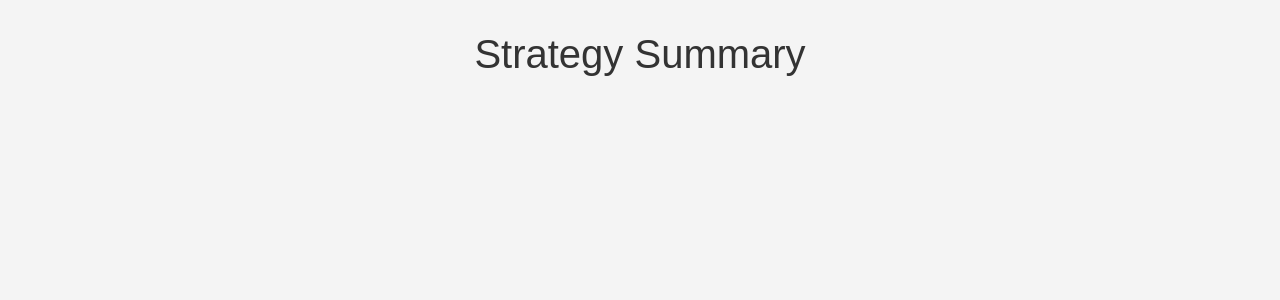
Repository: shiv-aye/stockEye
Page: src/index.html
An editor plug-in stored every save of this project. The page is shown before and after the next save, followed by the edit.
The browser window is 1280 px wide. The pictures show the whole page.
The page's requests for data from a server got no answer.

Above is the page before, as saved 2024-02-14 04:03:32.

After the next save:
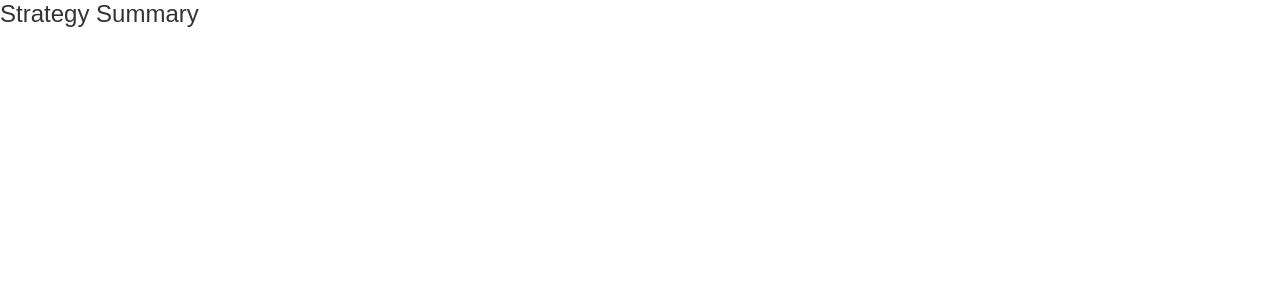
Saved 7 h 26 min later.
--- a/src/styles.css
+++ b/src/styles.css
@@ -1,73 +1,58 @@
 /* styles.css */
-
-/* Body styling */
-body {
-    font-family: Arial, sans-serif;
-    background-color: #f4f4f4;
-    margin: 0;
-    padding: 0;
-}
-
-/* Heading styling */
-h1 {
-    text-align: center;
-    color: #333;
-    margin-top: 30px;
-}
 
 /* Table styling */
 table {
     width: 100%;
     border-collapse: collapse;
-    margin-top: 20px;
-}
+    margin-bottom: 20px;
+  }
 
-th, td {
-    padding: 12px;
+  th, td {
+    padding: 10px;
     text-align: left;
-    border-bottom: 1px solid #ddd;
-}
+  }
 
-th {
+  th {
     background-color: #f2f2f2;
+  }
+
+  tr:nth-child(even) {
+    background-color: #f2f2f2;
+  }
+
+  /* Heading styling */
+  h1 {
+    font-size: 24px;
+    margin-bottom: 20px;
+  }
+
+  /* General styling */
+  body {
+    font-family: Arial, sans-serif;
+    background-color: #fff;
     color: #333;
-}
+  }
 
-tr:hover {
-    background-color: #f5f5f5;
-}
+  /* Pagination styling */
+  .pagination {
+    display: flex;
+    justify-content: center;
+    list-style: none;
+    padding: 0;
+  }
 
-/* Button styling */
-button {
-    background-color: #007bff;
-    color: #fff;
-    border: none;
-    padding: 10px 20px;
-    border-radius: 5px;
-    cursor: pointer;
+  .pagination li {
+    margin: 0 3px;
+  }
+
+  .pagination li a {
+    padding: 6px 10px;
+    border: 1px solid #ccc;
+    text-decoration: none;
+    color: #333;
     transition: background-color 0.3s ease;
-}
+  }
 
-button:hover {
-    background-color: #0056b3;
-}
-
-/* Pagination styling */
-.dataTables_paginate {
-    margin-top: 20px;
-    text-align: center;
-}
-
-.dataTables_paginate .paginate_button {
-    padding: 8px 16px;
-    border-radius: 5px;
-    margin: 0 5px;
-    background-color: #007bff;
-    color: #fff;
-    border: none;
-    cursor: pointer;
-}
-
-.dataTables_paginate .paginate_button:hover {
-    background-color: #0056b3;
-}
+  .pagination li a:hover {
+    background-color: #f2f2f2;
+  }

After the save that followed:
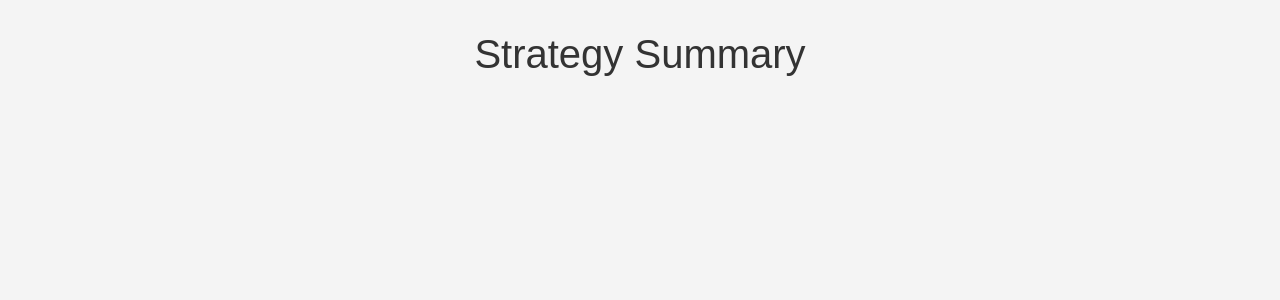
Saved 36 s later.
--- a/src/styles.css
+++ b/src/styles.css
@@ -1,58 +1,73 @@
 /* styles.css */
+
+/* Body styling */
+body {
+    font-family: Arial, sans-serif;
+    background-color: #f4f4f4;
+    margin: 0;
+    padding: 0;
+}
+
+/* Heading styling */
+h1 {
+    text-align: center;
+    color: #333;
+    margin-top: 30px;
+}
 
 /* Table styling */
 table {
     width: 100%;
     border-collapse: collapse;
-    margin-bottom: 20px;
-  }
+    margin-top: 20px;
+}
 
-  th, td {
-    padding: 10px;
+th, td {
+    padding: 12px;
     text-align: left;
-  }
+    border-bottom: 1px solid #ddd;
+}
 
-  th {
+th {
     background-color: #f2f2f2;
-  }
+    color: #333;
+}
 
-  tr:nth-child(even) {
-    background-color: #f2f2f2;
-  }
+tr:hover {
+    background-color: #f5f5f5;
+}
 
-  /* Heading styling */
-  h1 {
-    font-size: 24px;
-    margin-bottom: 20px;
-  }
+/* Button styling */
+button {
+    background-color: #007bff;
+    color: #fff;
+    border: none;
+    padding: 10px 20px;
+    border-radius: 5px;
+    cursor: pointer;
+    transition: background-color 0.3s ease;
+}
 
-  /* General styling */
-  body {
-    font-family: Arial, sans-serif;
-    background-color: #fff;
-    color: #333;
-  }
+button:hover {
+    background-color: #0056b3;
+}
 
-  /* Pagination styling */
-  .pagination {
-    display: flex;
-    justify-content: center;
-    list-style: none;
-    padding: 0;
-  }
+/* Pagination styling */
+.dataTables_paginate {
+    margin-top: 20px;
+    text-align: center;
+}
 
-  .pagination li {
-    margin: 0 3px;
-  }
+.dataTables_paginate .paginate_button {
+    padding: 8px 16px;
+    border-radius: 5px;
+    margin: 0 5px;
+    background-color: #007bff;
+    color: #fff;
+    border: none;
+    cursor: pointer;
+}
 
-  .pagination li a {
-    padding: 6px 10px;
-    border: 1px solid #ccc;
-    text-decoration: none;
-    color: #333;
-    transition: background-color 0.3s ease;
-  }
-
-  .pagination li a:hover {
-    background-color: #f2f2f2;
-  }
+.dataTables_paginate .paginate_button:hover {
+    background-color: #0056b3;
+}
